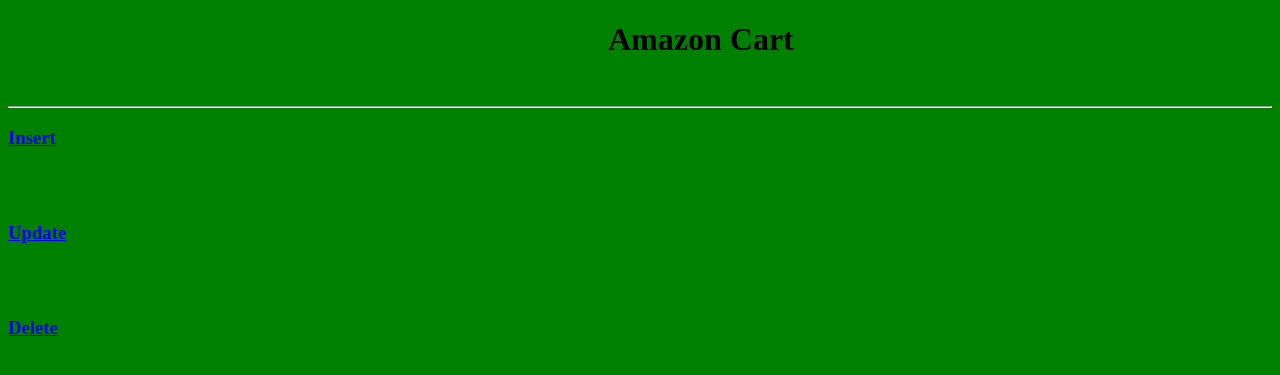
Repository: TanujaAmbre/Amazon
Page: Amazon/src/main/webapp/Cart.html
The author's editor kept a copy of each file at every save. The page is drawn from the files as they stood at one save, then again after the next save.
The browser window is 1280 px wide. The pictures show the whole page.

Above is the page before, as saved 2024-06-28 21:01:28.

After the next save:
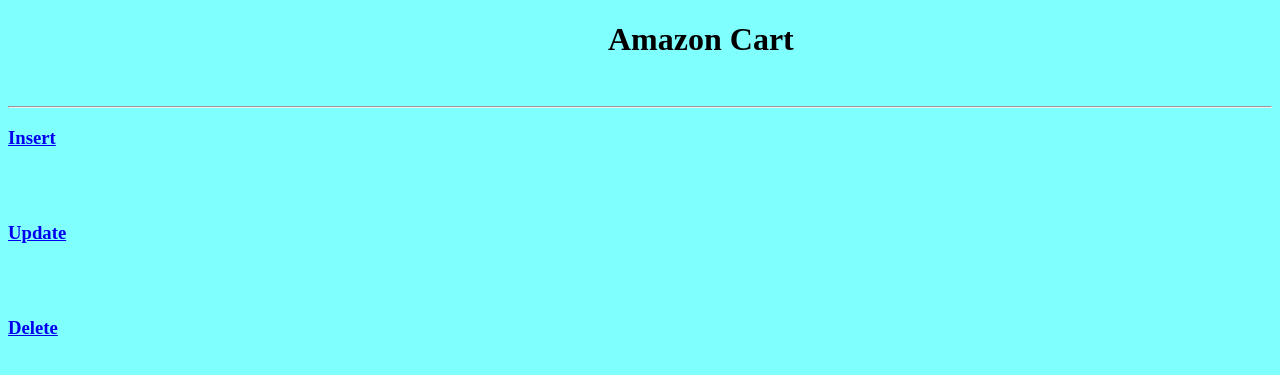
Saved 25 s later.
--- a/Amazon/src/main/webapp/Cart.html
+++ b/Amazon/src/main/webapp/Cart.html
@@ -5,7 +5,7 @@
 <title>Insert title here</title>
 <style>
 	body{
-		background-color: green;
+		background-color: rgb(128, 255, 255);
 	}
 	h1{
 		margin-left: 600px;
